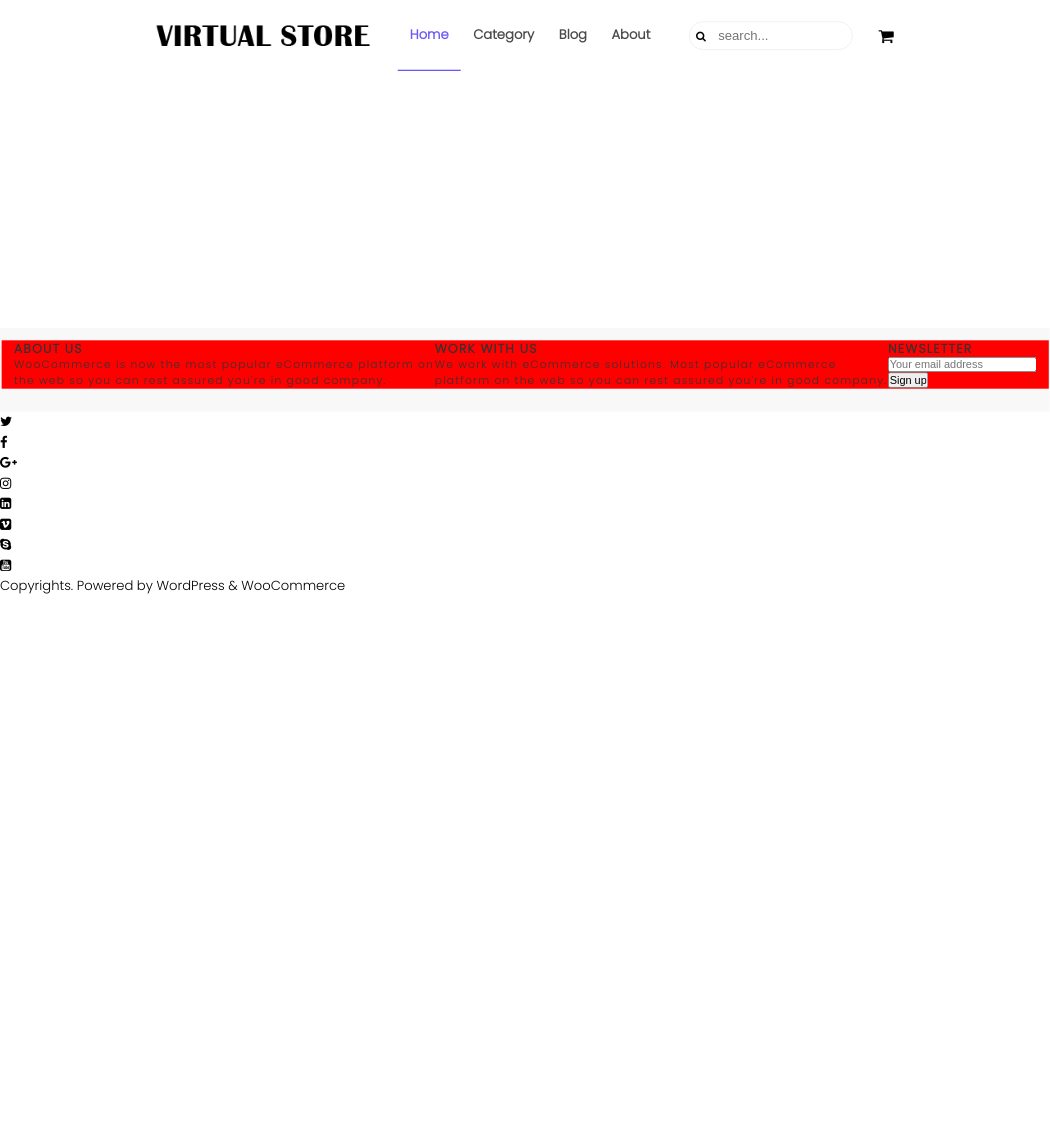
Repository: dungle03/tke_web_nhom_15
Page: index.html
The author's editor kept a copy of each file at every save. The page is drawn from the files as they stood at one save, then again after the next save.
The browser window is 1280 px wide. The pictures show the whole page, at 82% of full size.

Above is the page before, as saved 2022-09-13 02:03:14.
Not found: resest.css

### index.html
<!DOCTYPE html>
<html lang="en">
<head>
    <meta charset="UTF-8">
    <meta http-equiv="X-UA-Compatible" content="IE=edge">
    <meta name="viewport" content="width=device-width, initial-scale=1.0">
    <title>Home</title>
    <link
    rel="stylesheet"
    href="https://cdnjs.cloudflare.com/ajax/libs/font-awesome/4.7.0/css/font-awesome.min.css"
    integrity="sha512-SfTiTlX6kk+qitfevl/7LibUOeJWlt9rbyDn92a1DqWOw9vWG2MFoays0sgObmWazO5BQPiFucnnEAjpAB+/Sw=="
    crossorigin="anonymous"
  />
  <link href="https://fonts.googleapis.com/css2?family=Poppins:wght@300&display=swap" rel="stylesheet">
    <link rel="stylesheet" href="./resest.css">
    <link rel="stylesheet" href="./CSS/header.css">
    <link rel="stylesheet"  href="./CSS/footer.css">
</head>
<body>
    <div class="main-header">
        <div class="header">
            <div class="logo">
                <img src="./IMG/logo.png" alt="img">
            </div>
            <ul class="navi">
                <li class="item active"><a href="#" class="home">Home</a>
                </li>
                <li class="item"><a href="#" class="category">Category</a>
                </li>
                <li class="item"><a href="#" class="blog">Blog</a>
                </li>
                <li class="item"><a href="#" class="about">About</a>
                </li>
            </ul>
            <div class="wrap-search">
                <i class="fa fa-search icon-search"></i>
                <input type="text" class="input-search" placeholder="search...">
            </div>
            <i class="fa fa-shopping-cart icon-cart"></i>
        </div>
    </div>
    <!-- /////////////////////////////////////// -->
        <div class="footer">
            <div class="main-foot">
                <div class="container">
                    <div class="foot-col">
                        <h3 class="footer-title">ABOUT US</h3>
                        <div class="textwidget">WooCommerce is now the most popular eCommerce platform on the web so you can rest assured you're in good company.</div>
                    </div>
                    <div class="foot-col">
                        <h3 class="footer-title">WORK WITH US</h3>
                        <div class="textwidget">We work with eCommerce solutions. Most popular eCommerce platform on the web so you can rest assured you're in good company.</div>
                    </div>
                    <div class="foot-col">
                        <h3 class="footer-title">NEWSLETTER</h3>
                        <form class="newsletter">
                            <p>
                                <label for="EMAIL"></label>
                                <input type="email" name="EMAIL" placeholder="Your email address" required="">
                            </p>
                            <p>
                                <input type="submit" value="Sign up">
                            </p>
                        </form>
                    </div>
                </div>
            </div>
            <div class="bottom-foot">
                <div class="container">
                    <div class="foot-socials">
                        <ul>
                            <li><a href=""></a><i class="fa fa-twitter"></i></li>
                            <li><a href=""></a><i class="fa fa-facebook"></i></li>
                            <li><a href=""></a><i class="fa fa-google-plus"></i></li>
                            <li><a href=""></a><i class="fa fa-instagram"></i></li>
                            <li><a href=""></a><i class="fa fa-linkedin-square"></i></li>
                            <li><a href=""></a><i class="fa fa-vimeo-square"></i></li>
                            <li><a href=""></a><i class="fa fa-skype"></i></li>
                            <li><a href=""></a><i class="fa fa-youtube-square"></i></li>
                        </ul>
                        <p class="credits">Copyrights. Powered by WordPress &amp; WooCommerce</p>
                    </div>
                </div>
            </div>
        </div>
    </body>
    </html>

### CSS/header.css
html {
    font-family: "Poppins", sans-serif;
    box-sizing: border-box;
    font-size: 62.5%;

  }
  * {
    margin: 0;
    padding: 0;
  }
  *,
  *:before,
  *:after {
    box-sizing: border-box;
  }
  input,
  textarea,
  select,
  button {
    outline: none;
  }
  input {
    line-height: normal;
  }
  label,
  button {
    cursor: pointer;
  }
  a {
    text-decoration: none;
  }
  img {
    display: block;
    max-width: 100%;
  }
  body{
    height: 1000px;
  }
/* /////////// HEADER  /////////// */
.main-header{
  width: 100%;
  position: fixed;
  top: 0;
  left: 0;
  background-color: white;
  /* background-color: aqua; */
}
.header{
    width: 100%;
    padding:0 190px ;
    display: flex;
    align-items: center;
    justify-content: space-between;
}
  .logo{

}
.navi{
    display: flex;
    width: max-content;
}
.navi a{
  color: #4a4a4a;;

}
.navi li{
  list-style-type: none;
    /* width: max-content; */
    white-space: nowrap;
    padding:  30px 15px;
    cursor: pointer;
    color: #999;
    font-weight: 600;
    flex: 1;
    display: flex;
    align-items: center;
    justify-content: center;
    border-radius: inherit;
    border-bottom: 2px solid white;
}

.wrap-search{
  position: relative;
}
.icon-search{
  position: absolute;
  top: 50%;
  left: 15px;
  transform: translate(-50%,-50%);
  font-size: 13px;
}
.input-search{
  width: 200px;
  height: 35px;
  padding-left: 35px;
  border-radius: 20px;
  border: 1px solid #eee;
  font-size: 16px;
}

.icon-cart{
  font-size: 20px;
}
.navi .item.active a{
  color: #6a5af9;
}

.navi .item:hover{
    color: #6a5af9;
  border-bottom-color: currentColor;
}

.navi .item.active{
  border-bottom-color: #6a5af9;
}

/* FORTER */
.footer{
  margin-top: 400px;
}
.main-foot{
  background-color:
#f8f8f8;
background-position:
0px 0px;
color:#333333;
font-size:14px;
letter-spacing:1.5px;
line-height:19.6px;
padding:15px 1px 28px 2px;
}

.main-foot .container{
  display: flex;
}

.main-foot .container:nth-child(1){
  color:
#333333;
font-size:
13px;
letter-spacing:
1.5px;
line-height:
19.6px;
padding:
0px 15px;
background-color: red;
}

### CSS/footer.css
html {
    font-family: "Poppins", sans-serif;
    box-sizing: border-box;
    font-size: 16px;

  }
  * {
    margin: 0;
    padding: 0;
  }
  *,
  *:before,
  *:after {
    box-sizing: border-box;
  }
  input,
  textarea,
  select,
  button {
    outline: none;
  }
  input {
    line-height: normal;
  }
  label,
  button {
    cursor: pointer;
  }
  a {
    text-decoration: none;
  }
  img {
    display: block;
    max-width: 100%;
  }

After the next save:
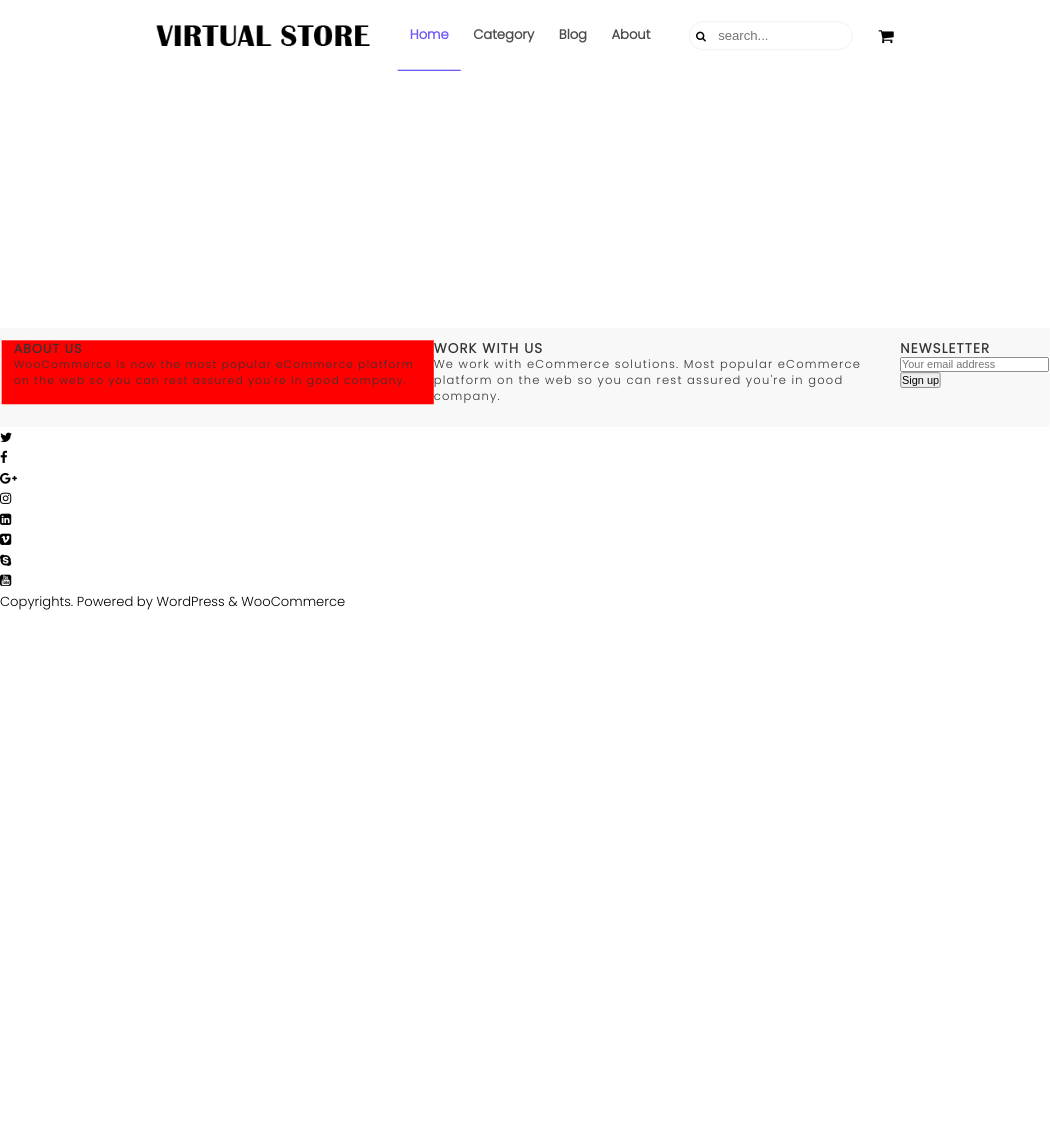
Saved 18 s later.
--- a/CSS/header.css
+++ b/CSS/header.css
@@ -134,7 +134,7 @@ padding:15px 1px 28px 2px;
   display: flex;
 }
 
-.main-foot .container:nth-child(1){
+.main-foot .container .foot-col:nth-child(1){
   color:
 #333333;
 font-size:
